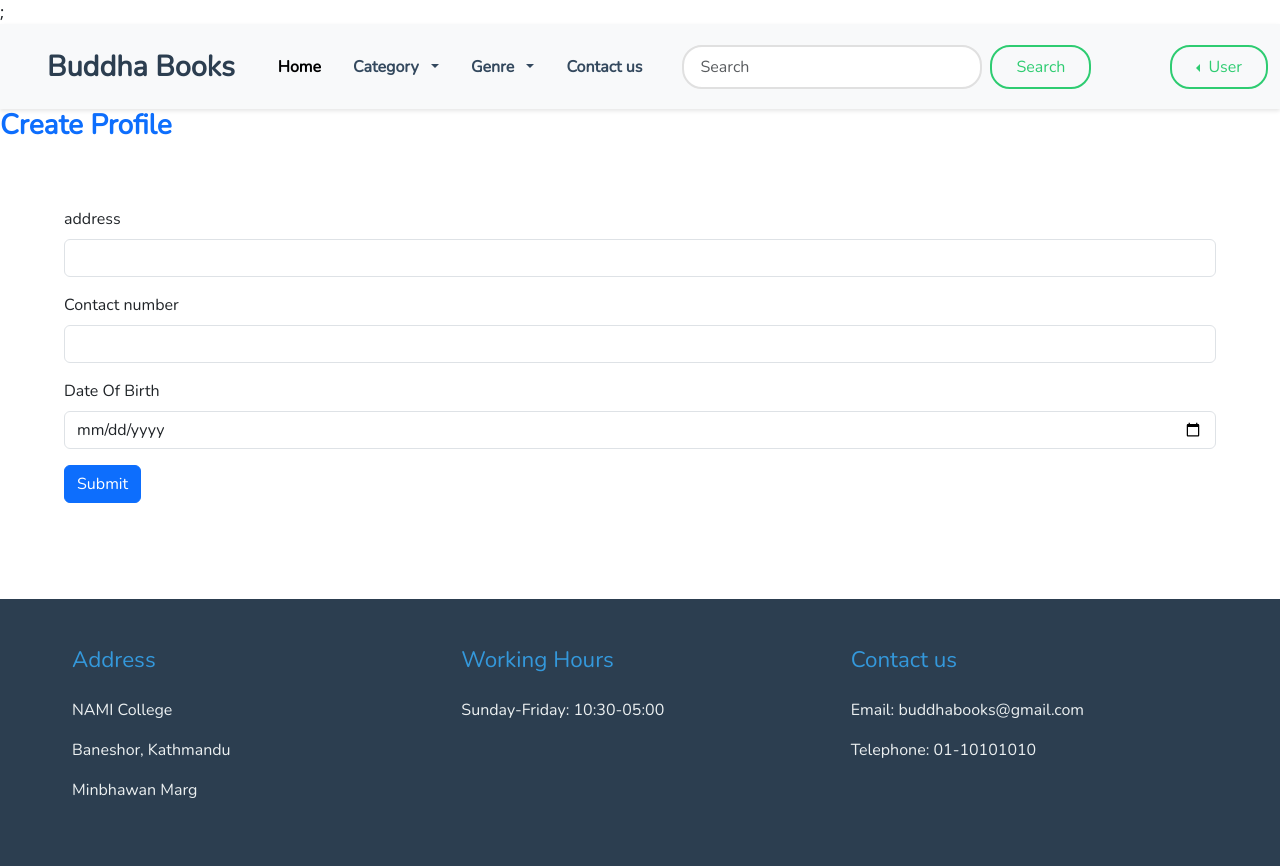
Repository: Shuprawal/Library-Management-System
Page: resources/views/addProfile.blade.php
The author's editor kept a copy of each file at every save. The page is drawn from the files as they stood at one save, then again after a run of saves.
The browser window is 1280 px wide. The pictures show the whole page.
Some web libraries are served in a nearby version. The page is served by the project's Laravel application, run on PHP 8.4 with Laravel 12. The database holds what the project's SQL file puts in it. The template is opened directly, without the code that normally fills it, so the values that code supplies are empty.

Above is the page before, as saved 2024-12-29 12:46:20.

After the next 2 saves:
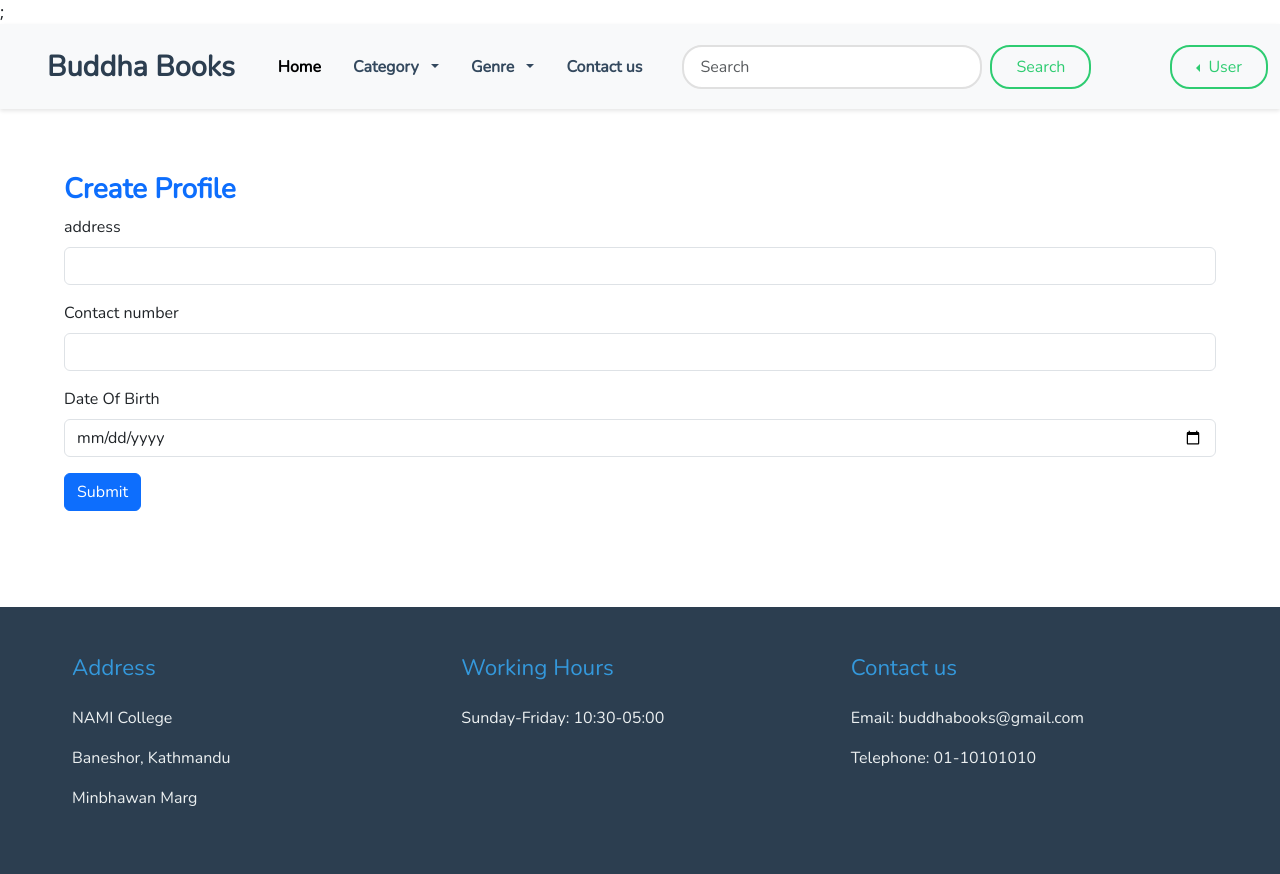
The 2 saves are shown as one change because they came seconds apart.
The last was saved 9 s later.
--- a/resources/views/addProfile.blade.php
+++ b/resources/views/addProfile.blade.php
@@ -1,9 +1,9 @@
 @extends('layouts.try');
 @section('hom-body')
-<h3 class="fw-bold text-primary" >Create Profile</h3>
+
 <form action="{{route('profilecreate')}}" method="Post" class="m-3 p-5">
 @csrf
-
+<h3 class="fw-bold text-primary" >Create Profile</h3>
   <div class="mb-3">
     <label for="exampleAddress" class="form-label">address</label>
     <input type="text" class="form-control" id="exampleInputAddress1">
